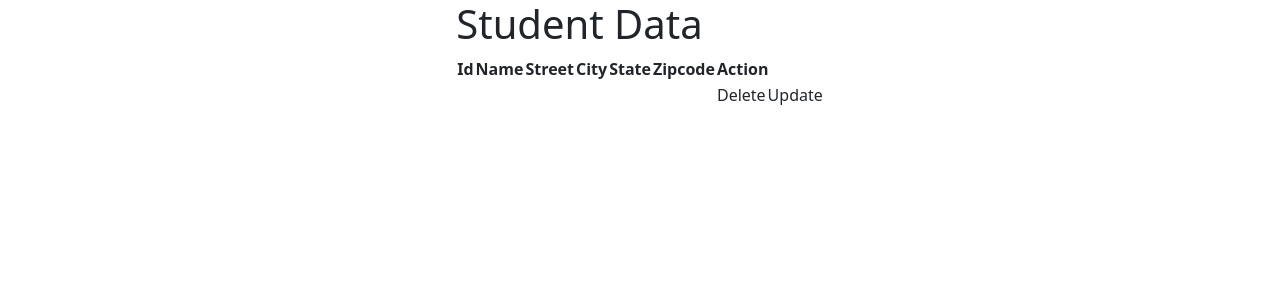
Repository: Laxman877/PracticeJava
Page: http://localhost/HibernateAssingment_004/display.jsp
An editor plug-in stored every save of this project. The page is shown before and after the next save, followed by the edit.
The browser window is 1280 px wide. The pictures show the whole page.
The page is served by Tomcat 9.

Above is the page before, as saved 2022-07-23 06:07:54.

After the next save:
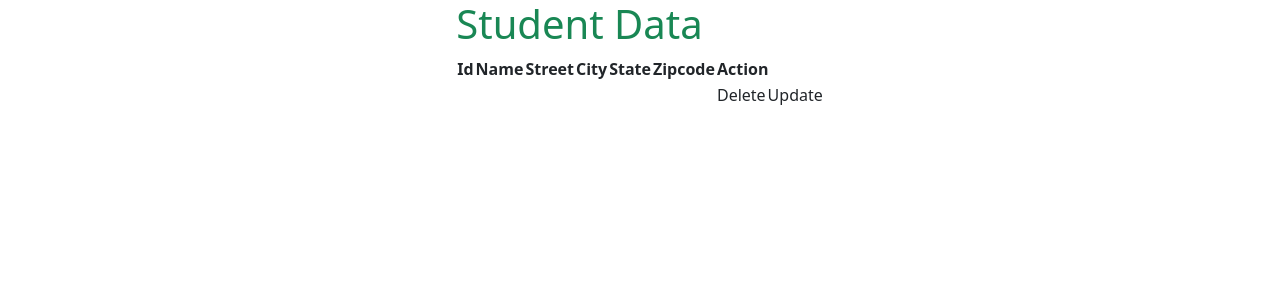
Saved 20 s later.
--- a/HibernateAssingment_004/src/main/webapp/display.jsp
+++ b/HibernateAssingment_004/src/main/webapp/display.jsp
@@ -22,7 +22,7 @@
 		<div class="row">
 			<div class="col md-4"></div>
 			<div class="col md-4">
-				<h1>Student Data</h1>
+				<h1 class="text-success">Student Data</h1>
 				<form action="display">
 					<table>
 						<tr>
